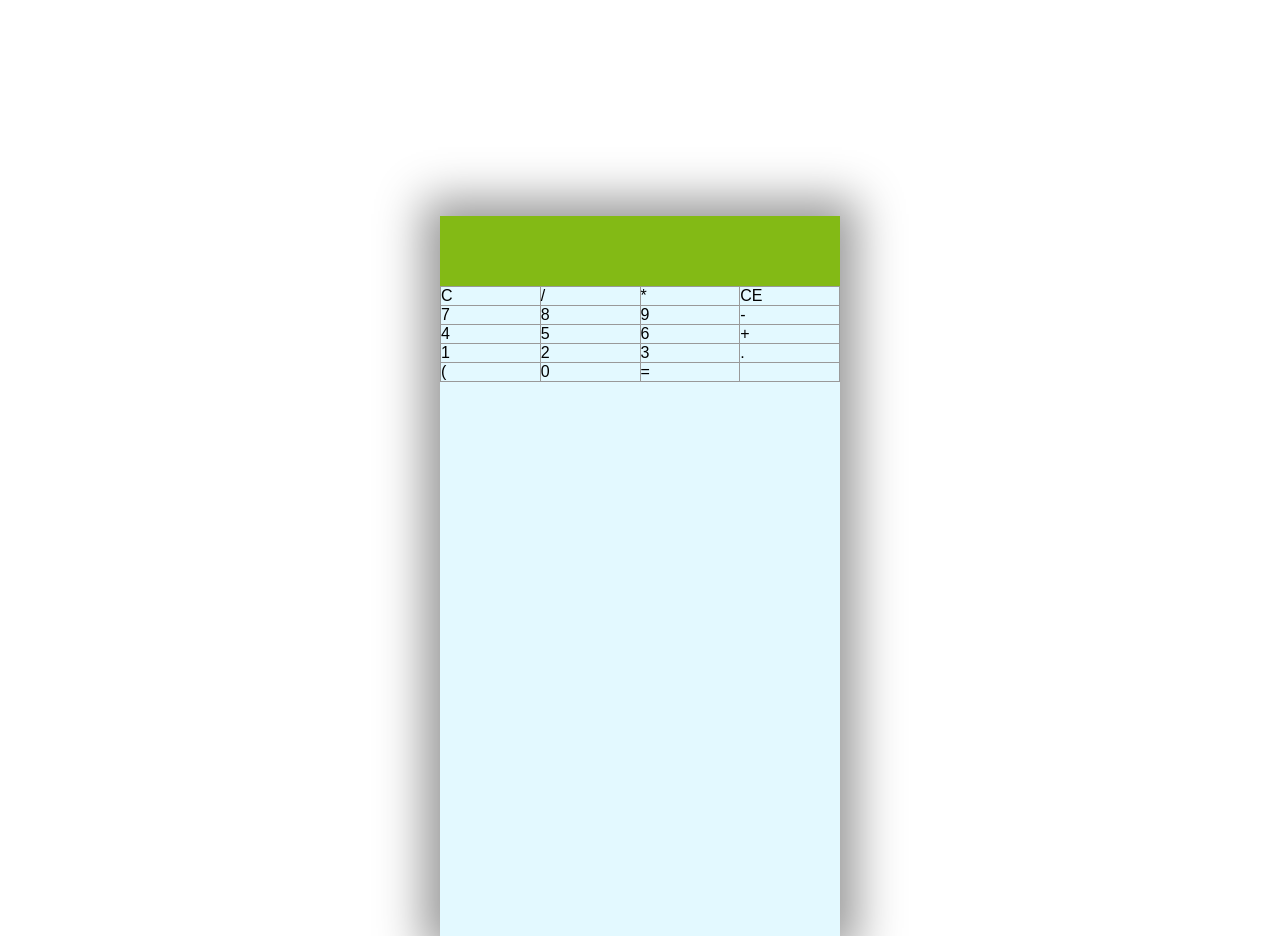
Repository: LuisMiLR/Calculatrice-with-JS---HTML---CSS-
Page: index.html
These files come from the project's save history. The page is drawn as it stood at one moment and after the next save; the edit follows.
The browser window is 1280 px wide. The pictures show the whole page.

Above is the page before, as saved 2023-03-20 15:18:38.

### index.html
<!DOCTYPE html>
<html lang="fr">
<head>
    <meta charset="UTF-8">
    <meta http-equiv="X-UA-Compatible" content="IE=edge">
    <meta name="viewport" content="width=device-width, initial-scale=1.0">
    <title>Calculator with javascript</title>
    <link rel="stylesheet" href="./style.css">
    <script src="app.js" type="module"></script>
</head>
<body>
    <div class="container"></div>

</body>
</html>

### style.css
*{
    padding: 0;
    margin: 0;
    font-family: sans-serif;
    box-sizing: border-box;
}

.container {
    width: 400px;
    height: 100vh;
    background:#e3f9ff;
    margin: 10vh auto 0 auto;
    margin-top: 30vh;
    box-shadow: 0px 0px 43px 17px rgba(153,153,153,1);
}
#display {
    text-align: right;
    background-color: #83ba15;
    height: 70px;
    line-height: 70px;
    padding: 16px 8px;
    font-size: 25px;
}

.buttons {
    display: grid;
    border-bottom: 1px solid #999;
    border-left: 1px solid #999;
    grid-template-columns: 1fr 1fr 1fr 1fr;
}

.buttons > div {
    border-top: 1px solid #999;
    border-right: 1px solid #999;
}
.button1, .button2, .button3, .button4, .button5, .button6, .button7,.button8, .button9, .button10, .button11, .button12, .button13, .button14, .button15, .button16, .button17, .button18, .button19 {
    border:  0.5px solid #999;
    line-height: 100px;
    text-align: center;
    font-size: 25px;
    cursor: pointer;
}

#equal {
    background-color: #5555ff;
    color : white;
}

.button1:hover, .button2:hover, .button3:hover, .button4:hover, .button5:hover, .button6:hover, .button7:hover, .button8:hover, .button9:hover, .button10:hover, .button11:hover, .button12:hover, .button13:hover, .button14:hover, .button15:hover, .button16:hover, .button17:hover, .button18:hover, .button19:hover {
background-color: #83ba15;
color: white;
transition: 0.5 ease-in-out;
}

### app.js
document.addEventListener('DOMContentLoaded', () => {
const container = document.querySelector('.container');

const divId = document.createElement("div");
container.appendChild(divId);
divId.id = 'display';

const buttons = document.createElement("div");
buttons.classList.add("buttons");
container.appendChild(buttons);

const button = document.createElement('div');
button.className = "bouton";
button.textContent = "C";
buttons.appendChild(button);

const button1 = document.createElement('div');
button1.className = "bouton1";
button1.textContent = "/";
buttons.appendChild(button1);

const button2 = document.createElement('div');
button2.className = "bouton2";
button2.textContent = "*";
buttons.appendChild(button2);

const button3 = document.createElement('div');
button3.className = "bouton3";
button3.textContent = "CE";
buttons.appendChild(button3);

const button4 = document.createElement('div');
button4.className = "bouton4";
button4.textContent = "7";
buttons.appendChild(button4);

const button5 = document.createElement('div');
button5.className = "bouton5";
button5.textContent = "8";
buttons.appendChild(button5);

const button6 = document.createElement('div');
button6.className = "bouton6";
button6.textContent = "9";
buttons.appendChild(button6);

const button7 = document.createElement('div');
button7.className = "bouton7";
button7.textContent = "-";
buttons.appendChild(button7);

const button8 = document.createElement('div');
button8.className = "bouton8";
button8.textContent = "4";
buttons.appendChild(button8);

const button9 = document.createElement('div');
button9.className = "bouton9";
button9.textContent = "5";
buttons.appendChild(button9);

const button10 = document.createElement('div');
button10.className = "bouton10";
button10.textContent = "6";
buttons.appendChild(button10);

const button11 = document.createElement('div');
button11.className = "bouton11";
button11.textContent = "+";
buttons.appendChild(button11);

const button12 = document.createElement('div');
button12.className = "bouton12";
button12.textContent = "1";
buttons.appendChild(button12);

const button13 = document.createElement('div');
button13.className = "bouton13";
button13.textContent = "2";
buttons.appendChild(button13);

const button14 = document.createElement('div');
button14.className = "bouton14";
button14.textContent = "3";
buttons.appendChild(button14);

const button15 = document.createElement('div');
button15.className = "bouton15";
button15.textContent = ".";
buttons.appendChild(button15);

const button16 = document.createElement('div');
button16.className = "bouton16";
button16.textContent = "(";
buttons.appendChild(button16);

const button17 = document.createElement('div');
button17.className = "bouton17";
button17.textContent = "0";
buttons.appendChild(button17);

const button18 = document.createElement('div');
button18.className = "bouton18";
button18.textContent = ")";
buttons.appendChild(button18);

const button19 = document.createElement("div");
button19.setAttribute("id","button19");
button18.textContent = "=";
buttons.appendChild(button19);

})

After the next save:
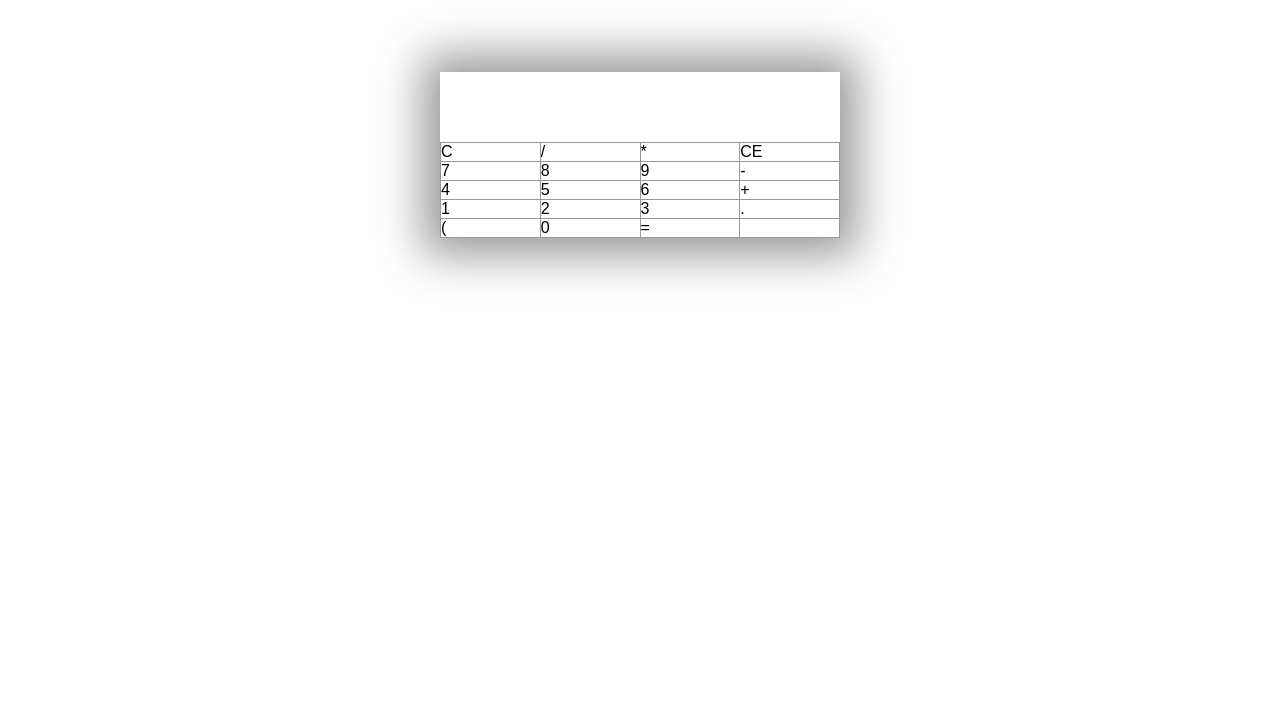
Saved 87 s later.
--- a/style.css
+++ b/style.css
@@ -4,18 +4,14 @@
     font-family: sans-serif;
     box-sizing: border-box;
 }
-
 .container {
-    width: 400px;
-    height: 100vh;
-    background:#e3f9ff;
+    max-width: 400px;
     margin: 10vh auto 0 auto;
-    margin-top: 30vh;
     box-shadow: 0px 0px 43px 17px rgba(153,153,153,1);
 }
+
 #display {
     text-align: right;
-    background-color: #83ba15;
     height: 70px;
     line-height: 70px;
     padding: 16px 8px;
@@ -25,16 +21,17 @@
 .buttons {
     display: grid;
     border-bottom: 1px solid #999;
-    border-left: 1px solid #999;
+    border-left: 1px solid#999;
     grid-template-columns: 1fr 1fr 1fr 1fr;
 }
 
 .buttons > div {
     border-top: 1px solid #999;
-    border-right: 1px solid #999;
+    border-right: 1px solid#999;
 }
-.button1, .button2, .button3, .button4, .button5, .button6, .button7,.button8, .button9, .button10, .button11, .button12, .button13, .button14, .button15, .button16, .button17, .button18, .button19 {
-    border:  0.5px solid #999;
+
+.button {
+    border: 0.5px solid #999;
     line-height: 100px;
     text-align: center;
     font-size: 25px;
@@ -42,12 +39,12 @@
 }
 
 #equal {
-    background-color: #5555ff;
-    color : white;
+    background-color: rgb(85, 85, 255);
+    color: white;
 }
 
-.button1:hover, .button2:hover, .button3:hover, .button4:hover, .button5:hover, .button6:hover, .button7:hover, .button8:hover, .button9:hover, .button10:hover, .button11:hover, .button12:hover, .button13:hover, .button14:hover, .button15:hover, .button16:hover, .button17:hover, .button18:hover, .button19:hover {
-background-color: #83ba15;
-color: white;
-transition: 0.5 ease-in-out;
+.button:hover {
+    background-color: #323330;
+    color: white;
+    transition: 0.5s ease-in-out;
 }
